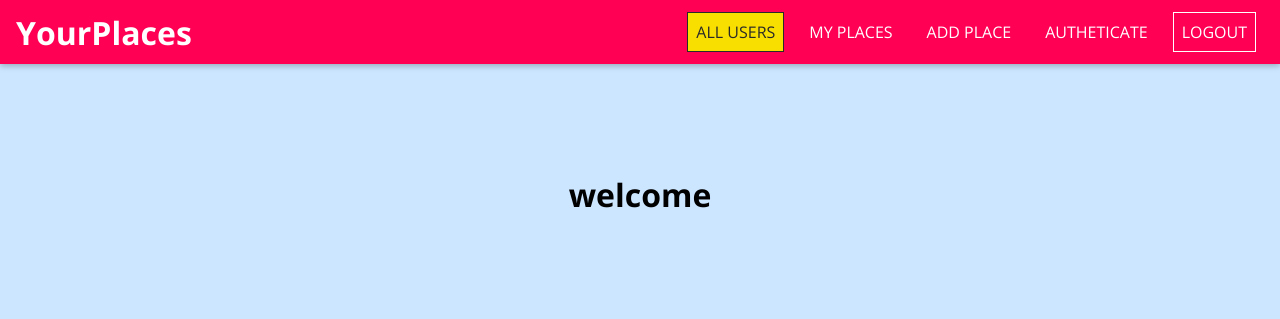
Repository: TanviSanyal/ImageEditingBootcamp
Page: /
The author's editor kept a copy of each file at every save. The page is drawn from the files as they stood at one save, then again after the next save.
The browser window is 1280 px wide. The pictures show the whole page.
The project was rebuilt for these pictures with package versions that can differ from the ones it lists, and the page was loaded fresh each time. Also part of the build but not shown: src/shared/components/navigation/SideDrawer.css, src/shared/components/UIElements/Backdrop.css, src/shared/components/UIElements/Backdrop.js.

Above is the page before, as saved 2020-09-26 22:11:53.

### public/index.html
<!DOCTYPE html>
<html lang="en">
  <head>
    <meta charset="utf-8" />
    <link rel="icon" href="%PUBLIC_URL%/favicon.ico" />
    <meta name="viewport" content="width=device-width, initial-scale=1" />
    <meta name="theme-color" content="#000000" />
    <meta
      name="description"
      content="Web site created using create-react-app"
    />
    <link rel="apple-touch-icon" href="%PUBLIC_URL%/logo192.png" />
    <link rel="manifest" href="%PUBLIC_URL%/manifest.json" />
    <title>React App</title>
  </head>
  <body>
    <noscript>You need to enable JavaScript to run this app.</noscript>
    <div id="backdrop-hook"></div>
    <div id="modal-hook"></div>
    <div id="drawer-hook"></div>
    <div id="root"></div>
  </body>
</html>

### src/index.css
@import url('https://fonts.googleapis.com/css?family=Open+Sans:400,700&display=swap');

* {
  box-sizing: border-box;
}

html {
  font-family: 'Open Sans', sans-serif;
}

body {
  margin: 0;
  background: #cce6ff;
}

### src/App.js
import React from 'react';
import {
  BrowserRouter as Router,
  Route,
  Redirect,
  Switch
} from 'react-router-dom';
import './App.css'
import MainNavigation from '../src/shared/components/navigation/MainNavigation';


const App = () => {

  // <Switch>
  //   <Route path="/" exact>
  //     {/* <Users /> */}
  //   </Route>
  //   <Route path="/:userId/places" exact>
  //     {/* <UserPlaces /> */}
  //   </Route>
  //   <Route path="/places/new" exact>
  //     {/* <NewPlace /> */}
  //   </Route>
  //   <Route path='/places/:placeId'>
  //     {/* <UpdatePlace /> */}
  //   </Route>
  //   <Redirect to="/" />
  // </Switch>

  return (
    <Router>
      <MainNavigation />
      <main className="main-body">
        <h1 className="welcome-text">welcome</h1>
      </main>
    </Router>
  );
};

export default App;

### src/App.css
main {
  text-align: center;
  align-items: center;
  padding-top: 10vh;
}

### src/shared/components/navigation/MainNavigation.js
import React, { useState } from 'react';
import { Link } from 'react-router-dom';

import MainHeader from './MainHeader';
import NavLinks from './NavLinks';
import SideDrawer from './SideDrawer';
import Backdrop from '../UIElements/Backdrop';
import './MainNavigation.css';

const MainNavigation = props => {
  const [drawerIsOpen, setDrawerIsOpen] = useState(false);

  const openDrawerHandler = () => {
    setDrawerIsOpen(true);
  };

  const closeDrawerHandler = () => {
    setDrawerIsOpen(false);
  };

  return (
    <React.Fragment>
      {drawerIsOpen && <Backdrop onClick={closeDrawerHandler} />}
      <SideDrawer show={drawerIsOpen} onClick={closeDrawerHandler}>
        <nav className="main-navigation__drawer-nav">
          <NavLinks />
        </nav>
      </SideDrawer>

      <MainHeader>
        <button className="main-navigation__menu-btn" onClick={openDrawerHandler}>
          <span />
          <span />
          <span />
        </button>
        <h1 className="main-navigation__title">
          <Link to="/">YourPlaces</Link>
        </h1>
        <nav className="main-navigation__header-nav">
          <NavLinks />
        </nav>
      </MainHeader>
    </React.Fragment>
  );
};

export default MainNavigation;

### src/shared/components/navigation/MainHeader.js
import React from 'react';

import './MainHeader.css';

const MainHeader = props => {
  return <header className="main-header">{props.children}</header>;
};

export default MainHeader;

### src/shared/components/navigation/NavLinks.js
import React,{useContext} from 'react';
import './NavLinks.css';
import {NavLink} from 'react-router-dom';
// import {AuthContext} from '../../context/auth-context';

const NavLinks = props => {

    // const auth = useContext(AuthContext);
    return(
        <ul className="nav-links">
            <li>
                <NavLink to="/" exact>ALL USERS</NavLink>
            </li>
           <li>
                <NavLink to="/u1/places">MY PLACES</NavLink>
            </li>
           <li>
                <NavLink to="/places/new">ADD PLACE</NavLink>
            </li>
            <li>
                <NavLink to="/auth">AUTHETICATE</NavLink>
            </li>
             <li><button >LOGOUT</button></li>
        </ul>
    );
};

export default NavLinks;

### src/shared/components/navigation/MainNavigation.css
.main-navigation__menu-btn {
    width: 3rem;
    height: 3rem;
    background: transparent;
    border: none;
    display: flex;
    flex-direction: column;
    justify-content: space-around;
    margin-right: 2rem;
    cursor: pointer;
  }

  .main-navigation__menu-btn span {
    display: block;
    width: 3rem;
    height: 2.5px;
    background: white;
  }

  .main-navigation__title {
    color: white;
  }

  .main-navigation__title a {
    text-decoration: none;
    color: white;
  }

  .main-navigation__header-nav {
    display: none;
  }

  .main-navigation__drawer-nav {
    height: 100%;
  }

  @media (min-width: 768px) {
    .main-navigation__menu-btn {
      display: none;
    }

    .main-navigation__header-nav {
      display: block;
    }
  }

### src/shared/components/navigation/NavLinks.css
.nav-links {
    list-style: none;
    margin: 0;
    padding: 0;
    width: 100%;
    height: 100%;
    display: flex;
    flex-direction: column;
    justify-content: center;
    align-items: center;
  }

  .nav-links li {
    margin: 1rem;
  }

  .nav-links a {
    border: 1px solid transparent;
    color: #292929;
    text-decoration: none;
    padding: 0.5rem;
  }

  .nav-links a:hover,
  .nav-links a:active,
  .nav-links a.active {
    background: #f8df00;
    border-color: #292929;
    color: #292929;
  }

  .nav-links button {
    cursor: pointer;
    border: 1px solid #292929;
    color: #292929;
    background: transparent;
    padding: 0.5rem;
    font: inherit;
  }

  .nav-links button:focus {
    outline: none;
  }

  .nav-links button:hover,
  .nav-links button:active {
    background: #292929;
    color: white;
  }

  @media (min-width: 768px) {
    .nav-links {
      flex-direction: row;
    }

    .nav-links li {
      margin: 0 0.5rem;
    }

    .nav-links a {
      color: white;
      text-decoration: none;
    }

    .nav-links button {
      border: 1px solid white;
      color: white;
      background: transparent;
    }

    .nav-links button:hover,
    .nav-links button:active {
      background: #f8df00;
      color: #292929;
    }
  }

Loaded but not shown: src/index.js (common file); src/shared/components/navigation/SideDrawer.js (common file); src/shared/components/navigation/MainHeader.css (common file)

After the next save:
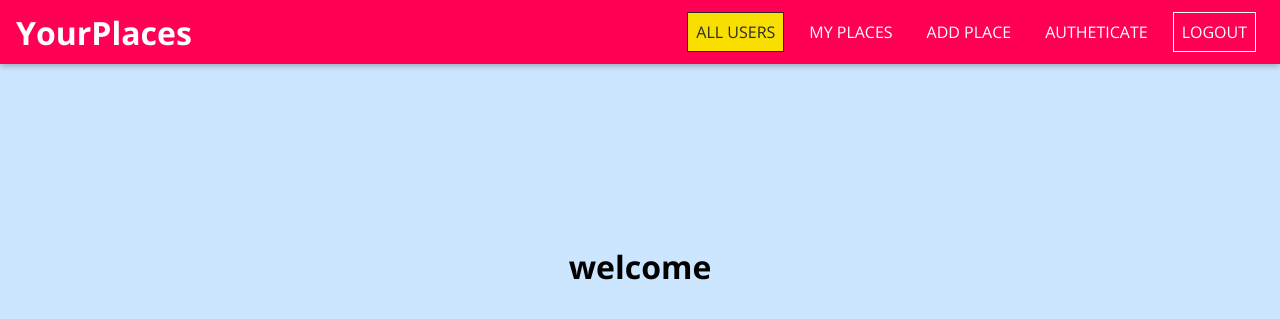
Saved 6 s later.
--- a/src/App.css
+++ b/src/App.css
@@ -1,5 +1,5 @@
 main {
   text-align: center;
   align-items: center;
-  padding-top: 10vh;
+  padding-top: 20vh;
 }
